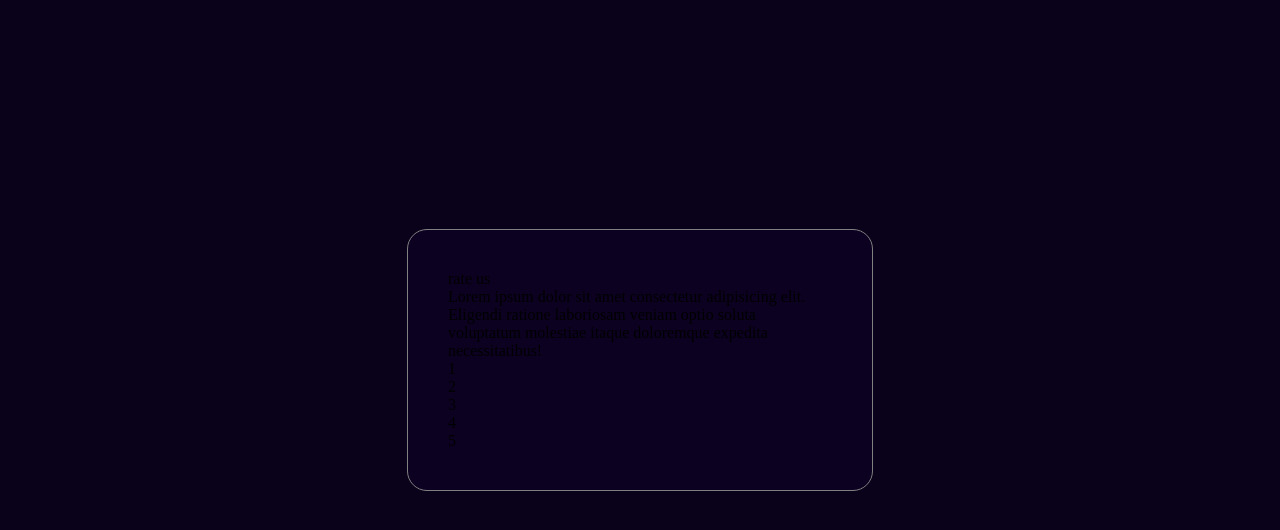
Repository: russel-success/xcodepp-TASK-2
Page: index.html
An editor plug-in stored every save of this project. The page is shown before and after the next save, followed by the edit.
The browser window is 1280 px wide. The pictures show the whole page.

Above is the page before, as saved 2024-05-24 22:46:16.

After the next save:
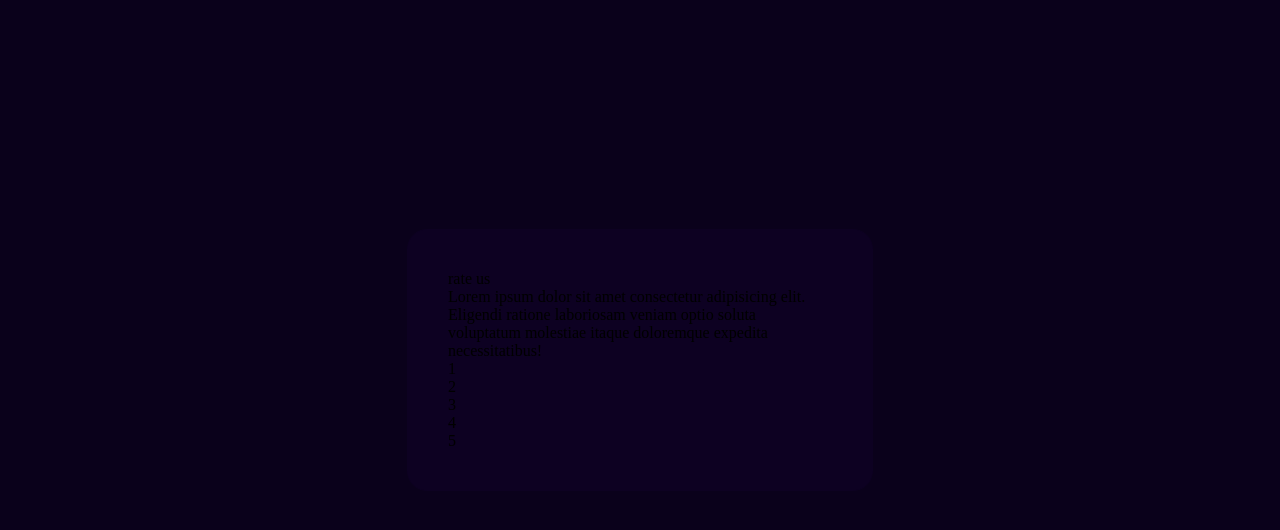
Saved 11 s later.
--- a/styles/styles.css
+++ b/styles/styles.css
@@ -18,6 +18,6 @@
     height:fit-content;
     padding:40px;
     border-radius: 20px;
-    border:1px solid grey;
+    border:1px solid rgb(13, 1, 34);
     background:rgb(13, 1, 34);
 }
